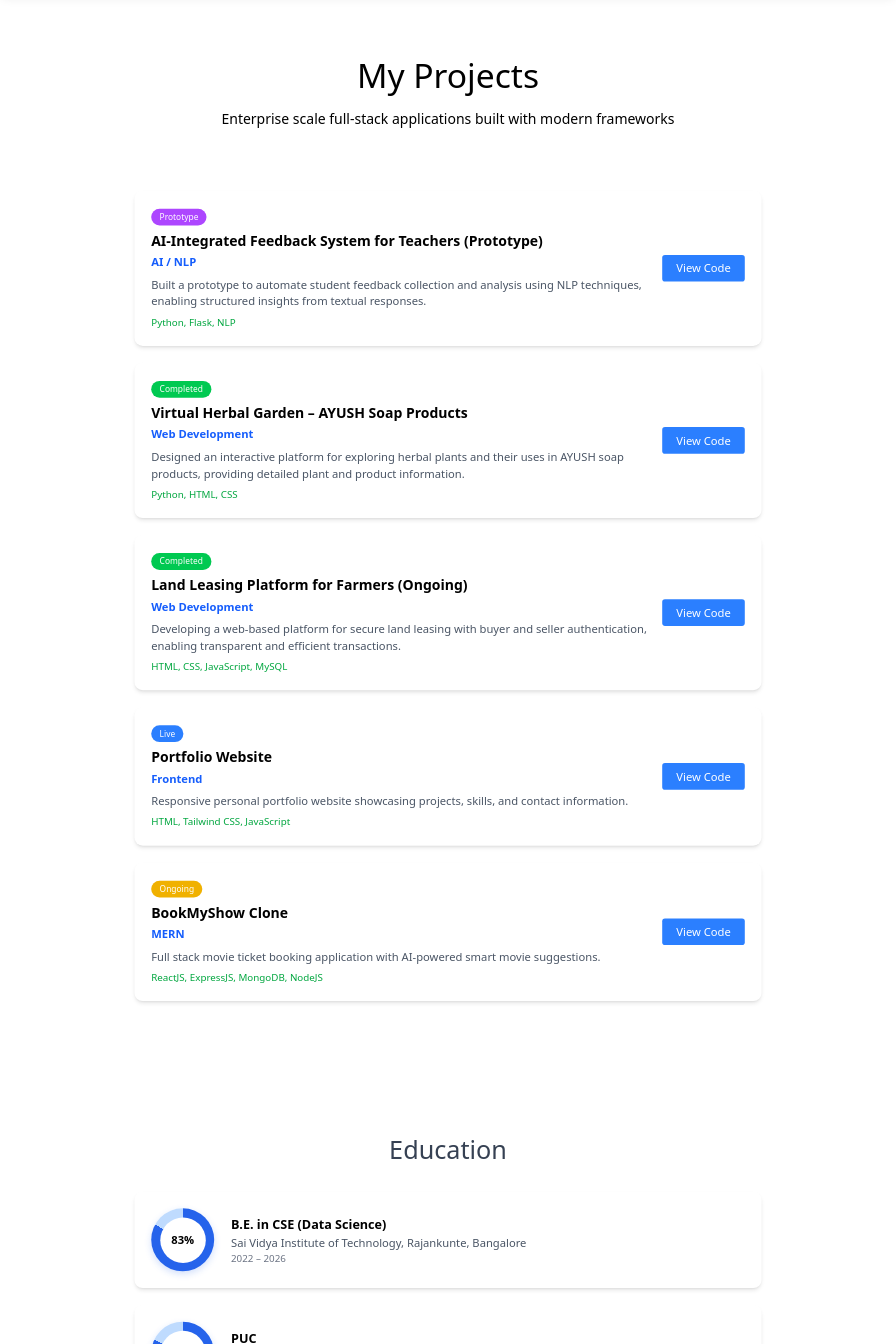
Repository: Rhaashee/myProfile
Page: index.html
An editor plug-in stored every save of this project. The page is shown before and after the next save, followed by the edit.
The browser window is 1280 px wide. The pictures show the part of the page from y = 813 to 2733 px (the page is 3953 px tall before and 3905 px after), at 70% of full size.

Above is the page before, as saved 2026-04-29 17:06:52.
Console error: SyntaxError: Identifier 'projectsData' has already been declared

### index.html
<!-- MERN_Stu_FebMay26Mys\W4\D5\portfolio-project\index.html -->
<!DOCTYPE html>
<html lang="en">

<head>
    <meta charset="UTF-8">
    <meta name="viewport" content="width=device-width, initial-scale=1.0">

    <title>Week 3 & 4 Portfolio Project</title>

    <script src="https://cdn.jsdelivr.net/npm/@tailwindcss/browser@4"></script>

    <link rel="stylesheet" href="css/custom.css">

</head>

<body>
    <!-- HERO SECTION -->

    <section
        class="min-h-screen flex flex-col lg:flex-row lg:items-center lg:justify-between px-8 lg:px-16 py-20 gap-12 lg:gap-20">

        <div class="order-2 lg:order-1 flex-1 lg:max-w-lg text-center lg:text-left">

            <h1 class="text-5xl mb-6 font-bold" style="font-family: 'Poppins', sans-serif;">Rhaashee L</h1>

            <p class="text-xl lg:text-2xl text-slate-600 font-bold mb-10 max-w-md mx-auto lg:mx-0">
                Full-Stack developer | MERN enthusiast | Competitive Programmer
            </p>

            <div
                class="flex flex-col sm:flex-row gap-4 justify-center lg:justify-start items-center lg:items-start mb-8">

                <a href="#projects" class="bg-red-400 hover:bg-green-500 px-10 py-4 rounded shadow-xl">
                    View Projects
                </a>

                <a href="#resume" class="bg-blue-400 hover:bg-green-500 px-10 py-4 rounded shadow-xl">
                    Download Resume
                </a>

            </div>

            <div class="flex flex-wrap gap-6 justify-center lg:justify-start text-sm font-bold">

                <span>100+ Github commits</span>
                <span>50 LeetCode Questions Solved</span>
                <span>1 live projects completed</span>

            </div>

        </div>

        <div class="order-1 lg:order-2 w-full lg:w-96 max-w-sm mx-auto lg:mx-0">

            <img src="assets/images/img.jpg" alt="My photo"
                class="aspect-square w-full rounded shadow-lg mx-auto lg:mx-0 hover:ring-blue-500 transition-all duration-300 hover:scale-[1.02]"
                loading="lazy">

        </div>

    </section>

    <!-- NAVBAR -->

    <nav class="sticky top-0 z-50 bg-white/95 backdrop-blur-md border-b shadow-lg">

        <div class="max-w-7xl mx-auto px-6 py-4 flex items-center justify-between">

            <a href="#"
                class="text-2xl font-bold bg-clip-text bg-gradient-to-r from-red-400 to-slate-700 text-transparent">
                RL
            </a>

            <ul class="hidden md:flex items-center gap-10">

                <li><a href="#projects" class="text-lg font-bold hover:text-blue-600">Projects</a></li>

                <li><a href="#education" class="text-lg font-bold hover:text-blue-600">Education</a></li>

                <li><a href="#skills" class="text-lg font-bold hover:text-blue-600">Skills</a></li>

            </ul>
            <button id="theme-toggle" class="bg-blue-200 px-4 py-2 rounded font-bold">Theme</button>
            <a href="#contact" class="bg-red-400 hover:bg-green-500 rounded transition-all duration-300 px-8 py-3">
                Let's talk
            </a>

        </div>

    </nav>

    <!-- PROJECTS -->

    <section id="projects" class="py-24 px-8 lg:px-16">

        <div class="max-w-7xl mx-auto">

            <div class="text-center mb-10">

                <h2 class="text-4xl lg:text-5xl mb-6">My Projects</h2>

                <p class="text-xl max-w-2xl mx-auto">
                    Enterprise scale full-stack applications built with modern frameworks
                </p>

            </div>

            <!-- Project Filter Bar -->

            <div id="project-filters" class="flex flex-wrap justify-center gap-4 mb-12"></div>

            <div id="projects-container" class="max-w-4xl mx-auto space-y-6"></div>

            <!-- Dynamic container for projects -->

            <div id="projects-container" class="grid grid-cols-1 md:grid-cols-2 lg:grid-cols-3 gap-8">
            </div>

        </div>

    </section>

    <!--Education and experience-->
    <section id="experience" class="py-24 px-8 lg:px-16">

        <div class="max-w-4xl mx-auto">

            <h2 class="text-4xl text-gray-700 text-center mb-10">
                Education
            </h2>

            <!-- Dynamic Education -->
            <div id="education-container"></div>

        </div>

    </section>

    </section>

    <!-- SKILLS -->

    <section id="skills" class="py-24 px-8 lg:px-16 bg-blue-100">

        <div class="max-w-7xl mx-auto">

            <h2 class="text-4xl text-center font-bold mb-20">
                Skills
            </h2>

            <!-- Dynamic Skills Container -->

            <div id="skills-container" class="grid grid-cols-1 md:grid-cols-2 lg:grid-cols-4 gap-8">
            </div>

        </div>

    </section>

    <!-- CONTACT MODAL -->

    <button id="modal-trigger"
        class="fixed bottom-8 right-8 w-16 h-16 bg-blue-900 text-white rounded-full shadow-2xl flex items-center justify-center text-2xl font-bold">
        ☏
    </button>

    <div id="contact-modal" class="fixed inset-0 z-50 hidden bg-black/50 backdrop-blur-md">

        <div class="flex items-center justify-center min-h-screen p-4">

            <div id="modal-content"
                class="bg-white w-full max-w-md rounded-2xl shadow-2xl scale-95 opacity-0 transition-all duration-300">

                <div class="sticky top-0 border-b p-8 pt-12 bg-white">

                    <h3 class="text-2xl font-bold">Contact Me</h3>

                    <button id="modal-close" class="absolute top-6 right-6 text-2xl font-bold">
                        ×
                    </button>

                </div>

                <form id="contact-form" class="p-8 space-y-4">

                    <input id="contact-name" type="text" placeholder="Your name"
                        class="w-full border rounded px-4 py-3">

                    <input id="contact-email" type="email" placeholder="email@website.com"
                        class="w-full border rounded px-4 py-3">

                    <p id="form-message" class="text-sm text-red-500"></p>

                    <div class="flex flex-col sm:flex-row gap-4 pt-4">

                        <button type="button" id="form-cancel" class="flex-1 font-bold py-4 px-6">
                            Cancel
                        </button>

                        <button type="submit" class="flex-1 font-bold py-4 px-6">
                            Submit
                        </button>

                    </div>

                </form>

            </div>

        </div>

    </div>

    <!-- SWIPE TO HOME BUTTON -->

    <button id="home-swiper"
        class="fixed bottom-8 left-8 bg-pink-200 text-white px-5 py-3 rounded-full shadow-xl hover:bg-blue-600 transition">
        Back to Home
    </button>
    <!-- MAIN JS ENTRY-->

    <script src="js/data/projects.js"></script>
    <script src="js/data/skills.js"></script>
    <script src="js/features/skills-render.js"></script>
    <script src="js/features/modal.js"></script>
    <script src="js/features/contact-validation.js"></script>
    <script src="js/features/theme-toggle.js"></script>
    <script src="js/data/projects.js"></script>
    <script src="js/features/project-filter.js"></script>
    <script src="js/features/project-search.js"></script>
    <script src="js/main.js"></script>
    <script src="js/features/BackToTop.js"></script>
    <script src="js/data/education.js"></script>
    <script src="js/features/education-render.js"></script>



</body>

</html>

### css/custom.css
.dark-mode{
    background-color: black;
    color: white;
}
.dark-mode nav{
    background-color: rgb(178, 173, 173);
    color: white;
}
.dark-mode section{
    background-color: rgb(0, 0, 0);
    color: white;
}
.dark-mode .bg-blue-100{
    background-color: rgb(235, 236, 240);
    color: rgb(153, 145, 145);
}
.dark-mode .bg-white{
    background-color: rgb(0, 0, 0);
}
.dark-mode .text-gray-700{
    color: white;
}
.line-clamp-2 {
  display: -webkit-box;
  -webkit-line-clamp: 2;
  -webkit-box-orient: vertical;
  overflow: hidden;
}
.progress-circle {
  width: 90px;
  height: 90px;
  border-radius: 50%;
  display: flex;
  align-items: center;
  justify-content: center;
  box-shadow: 0 4px 10px rgba(37, 99, 235, 0.2);
}

.inner-circle {
  width: 65px;
  height: 65px;
  background: white;
  border-radius: 50%;
  display: flex;
  align-items: center;
  justify-content: center;
  font-weight: bold;
}

.dark .inner-circle {
  background: #eff6ff;
}

### js/data/projects.js
const projectsData = [
  {
    id: 1,
    name: "AI-Integrated Feedback System for Teachers (Prototype)",
    category: "AI / NLP",
    description:
      "Built a prototype to automate student feedback collection and analysis using NLP techniques, enabling structured insights from textual responses.",
    technologies: ["Python", "Flask", "NLP"],
    status: "Prototype",
    liveDemo: "#",
    github: "#"
  },{
    id: 2,
    name: "Virtual Herbal Garden – AYUSH Soap Products",
    category: "Web Development",
    description:
      "Designed an interactive platform for exploring herbal plants and their uses in AYUSH soap products, providing detailed plant and product information.",
    technologies: ["Python", "HTML", "CSS"],
    status: "Completed",
    liveDemo: "#",
    github: "#"
  },
  {
    id: 3,
    name: "Land Leasing Platform for Farmers (Ongoing)",
    category: "Web Development",
    description:
      "Developing a web-based platform for secure land leasing with buyer and seller authentication, enabling transparent and efficient transactions.",
    technologies: ["HTML", "CSS", "JavaScript", "MySQL"],
    status: "Completed",
    liveDemo: "#",
    github: "#"
  },
  {
    id: 4,
    name: "Portfolio Website",
    category: "Frontend",
    description:
      "Responsive personal portfolio website showcasing projects, skills, and contact information.",
    technologies: ["HTML", "Tailwind CSS", "JavaScript"],
    status: "Live",
    liveDemo: "#",
    github: "#"
  },
  {
    id: 6,
    name: "BookMyShow Clone",
    category: "MERN",
    description:
      "Full stack movie ticket booking application with AI-powered smart movie suggestions.",
    technologies: ["ReactJS", "ExpressJS", "MongoDB", "NodeJS"],
    status: "Ongoing",
    liveDemo: "#",
    github: "#"
  }

];

### js/data/skills.js

const skillsData = [
  {
    id: 1,
    name: "MongoDB",
    shortLabel: "MDB",
    description: "NoSQL database for handling unstructured data and scalable applications."
  },
  {
    id: 2,
    name: "ExpressJS",
    shortLabel: "Exp",
    description: "Backend framework for building REST APIs and server-side applications."
  },
  {
    id: 3,
    name: "ReactJS",
    shortLabel: "R",
    description: "Component-based UI development with hooks and state management."
  },
  {
    id: 4,
    name: "NodeJS",
    shortLabel: "Node",
    description: "JavaScript runtime for building scalable backend services."
  },
  {
    id: 5,
    name: "Power BI",
    shortLabel: "BI",
    description: "Interactive dashboards and data visualization for business insights."
  },
  {
    id: 6,
    name: "Tableau",
    shortLabel: "Tb",
    description: "Data visualization and storytelling through charts and dashboards."
  },

];

### js/features/skills-render.js
function renderSkills(){
    const skillsContainer = document.getElementById("skills-container");

    if(!skillsContainer){
        console.log("Skills Contianer not found");
        return;
    }
    skillsContainer.innerHTML = "";
    skillsData.forEach(function(skill){
        // to create outer card
        const card = document.createElement("div");
        card.className = "p-8 text-center bg-white rounded-3xl shadow-lg";

        // create icon
        const iconBox = document.createElement("div");
        iconBox.className = "w-20 h-20 mx-auto mb-4 bg-green-900 rounded-2xl flex item-center justify-center";

        // create icon
        const iconText = document.createElement("span");
        iconText.className = "text-2xl text-white font-bold"
        iconText.textContent = skill.shortLabel;

        // Put iconText inside iconBox
        iconBox.appendChild(iconText);

        // create a skill name
        const skillsName = document.createElement("h3");
        skillsName.className = "text-xl font-bold mb-2";
        skillsName.textContent = skill.name;

        // create skill description
        const skillDescription = document.createElement("p");
        skillDescription.className = "text-sm";
        skillDescription.textContent = skill.description;

        // append all child elements to card
        card.appendChild(iconBox);
        card.appendChild(skillsName);
        card.appendChild(skillDescription);

        // append card to skills container
        skillsContainer.appendChild(card);
    });
    console.log("Skills rendered successfully");
}

### js/features/modal.js
function initModal(){
    const modal = document.getElementById("contact-modal");
    const modalContent = document.getElementById("modal-content");
    const modalTrigger = document.getElementById("modal-trigger");
    const modalClose = document.getElementById("modal-close");
    const formCancel = document.getElementById("form-cancel");

    if(!modal || !modalContent || !modalTrigger || !modalClose || !formCancel){
        console.log("Modal element not found");
        return;
    }
    function openModal(){
        modal.classList.remove("hidden");

        setTimeout(function(){
            modalContent.classList.remove("scale-95","opacity-0");
        },10);
    }
    function closeModal(){
        modalContent.classList.add("scale-95","opacity-0");
        setTimeout(function(){
            modal.classList.add("hidden");
        },200);
    }
    modalTrigger.addEventListener("click",openModal);
    modalClose.addEventListener("click",closeModal);
    formCancel.addEventListener("click",closeModal);

    //close when clicking on backdrop
    modal.addEventListener("click",function(event){
        if(event.target === modal){
            closeModal();
        }
    });
    console.log("Modal opened successfully");
}

### js/features/contact-validation.js
function initContactValidation(){
    const contactModal = document.getElementById("contact-modal");
    const contactForm = document.getElementById("contact-form");
    const contactName = document.getElementById("contact-name");
    const contactEmail = document.getElementById("contact-email");
    const formMessage = document.getElementById("form-message");

    if(!contactModal || !contactForm || !contactName || !contactEmail || !formMessage){
        console.log("Contact form elements not found");
        return;
    }

    contactForm.addEventListener("submit",function(event){
        event.preventDefault();

        const name = contactName.value.trim();
        const email = contactEmail.value.trim();

        formMessage.textContent = "";
        formMessage.className = "text-sm";

        // Name validation
        if(name === ""){
            formMessage.textContent = "Name is required";
            formMessage.classList.add("text-red-500");
            contactName.focus();
            return;
        }
        if(name.length < 5){
            formMessage.textContent = "Name must be atleast 5 chars"
            formMessage.classList.add("text-red-500");
            contactName.focus();
            return;
        }
        // Email Validation
        if(email === ""){
            formMessage.textContent = "Email is required";
            formMessage.classList.add("text-red-500");
            contactEmail.focus();
            return;
        }
        const emailPattern = /^[^\s@]+@[^\s@]+\.[^\s@]+$/;

        if(!emailPattern.test(email)){
            formMessage.textContent = "Enter valid email";
            formMessage.classList.add("text-red-500");
            contactEmail.focus();
            return;
        }

        formMessage.textContent = "Meassage Submitted Sucessfully";
        formMessage.classList.add("text-green-600");
        console.log("Valid credentials : ",{name:name,email:email});
        contactForm.reset();
    });
    contactName.addEventListener("input",function(){
        formMessage.textContent = "";
    });
    contactEmail.addEventListener("input",function(){
        formMessage.textContent = "";
    });
}

### js/features/theme-toggle.js
function initThemeToggle(){
    const toggleBtn = document.getElementById("theme-toggle");
    const body = document.body;

    const savedTheme = localStorage.getItem("portfolio-theme");

    if(savedTheme === "dark"){
        body.classList.add("dark-mode");
    }
    toggleBtn.addEventListener("click",function(){
        body.classList.toggle("dark-mode");
        if(body.classList.contains("dark-mode")){
            localStorage.setItem("portfolio-theme","dark");
            console.log("Dark mode enanbled");
        }else{
            localStorage.setItem("portfolio-theme","light");
            console.log("Light mode enanbled");
        }
    });
}

### js/features/project-search.js
document.addEventListener("DOMContentLoaded", () => {

    const dropdown = document.getElementById("project-filter-dropdown");
    const container = document.getElementById("projects-container");

    // Initially hide projects
    container.innerHTML = "";

    dropdown.addEventListener("change", () => {

        const selected = dropdown.value;

        // if nothing selected → hide again
        if (!selected) {
            container.innerHTML = "";
            return;
        }

        // filter projects
        const filtered = projectsData.filter(
            (p) => p.category === selected
        );

        renderProjects(filtered);
    });

});

### js/main.js
document.addEventListener("DOMContentLoaded", function () {
    // Render Skills
    renderSkills();
    initModal();
    initContactValidation();
    initThemeToggle();
})
document.addEventListener("DOMContentLoaded", () => {
    renderEducation();
});
document.addEventListener("DOMContentLoaded", () => {
    renderProjects(projectsData);
});

### js/features/BackToTop.js
const swiperButton = document.getElementById("home-swiper");

// safety check (important)
if (swiperButton) {

    // hide initially
    swiperButton.style.display = "none";

    // scroll to top
    swiperButton.addEventListener("click", function () {
        window.scrollTo({
            top: 0,
            behavior: "smooth"
        });
    });

    // show on scroll
    window.addEventListener("scroll", function () {
        if (window.scrollY > 300) {
            swiperButton.style.display = "block";
        } else {
            swiperButton.style.display = "none";
        }
    });

}

### js/data/education.js
const educationData = [
    {
        id: 1,
        title: "B.E. in CSE (Data Science)",
        institution: "Sai Vidya Institute of Technology, Rajankunte, Bangalore",
        percentage: 83,
        duration: "2022 – 2026"
    },
    {
        id: 2,
        title: "PUC",
        institution: "Deeksha PU College, Thalaghattapura ,Banglore,",
        percentage: 82,
        duration: "2022"
    },
    {
        id: 3,
        title: "Schooling",
        institution: "Nitte International School, Mylapanahhali ,Yelehanka ,Banaglore",
        percentage: 69,
        duration: "2020"
    }
];

### js/features/education-render.js
function renderEducation() {
    const container = document.getElementById("education-container");

    if (!container) return;

    container.innerHTML = "";

    educationData.forEach((edu) => {

        // CARD
        const card = document.createElement("div");
        card.className =
            "flex items-center gap-6 bg-white dark:bg-blue-50 p-6 mb-6 rounded-xl shadow-md hover:shadow-lg transition";

        //  DONUT CIRCLE
        const circle = document.createElement("div");
        circle.className = "progress-circle";

        const value = edu.percentage;

        // BLUE DONUT
        circle.style.background =
            `conic-gradient(#2563eb ${value}%, #bfdbfe ${value}%)`;

        const inner = document.createElement("div");
        inner.className = "inner-circle";
        inner.textContent = value + "%";

        circle.appendChild(inner);

        // TEXT displaying name of school and college
        const textBox = document.createElement("div");

        const title = document.createElement("h3");
        title.className = "text-lg font-bold";
        title.textContent = edu.title;

        const inst = document.createElement("p");
        inst.className = "text-gray-600";
        inst.textContent = edu.institution;

        const duration = document.createElement("p");
        duration.className = "text-sm text-gray-500";
        duration.textContent = edu.duration;

        textBox.append(title, inst, duration);

        // FINAL
        card.append(circle, textBox);
        container.appendChild(card);
    });
}

Loaded but not shown: js/features/project-filter.js (71 lines, source omitted)

After the next save:
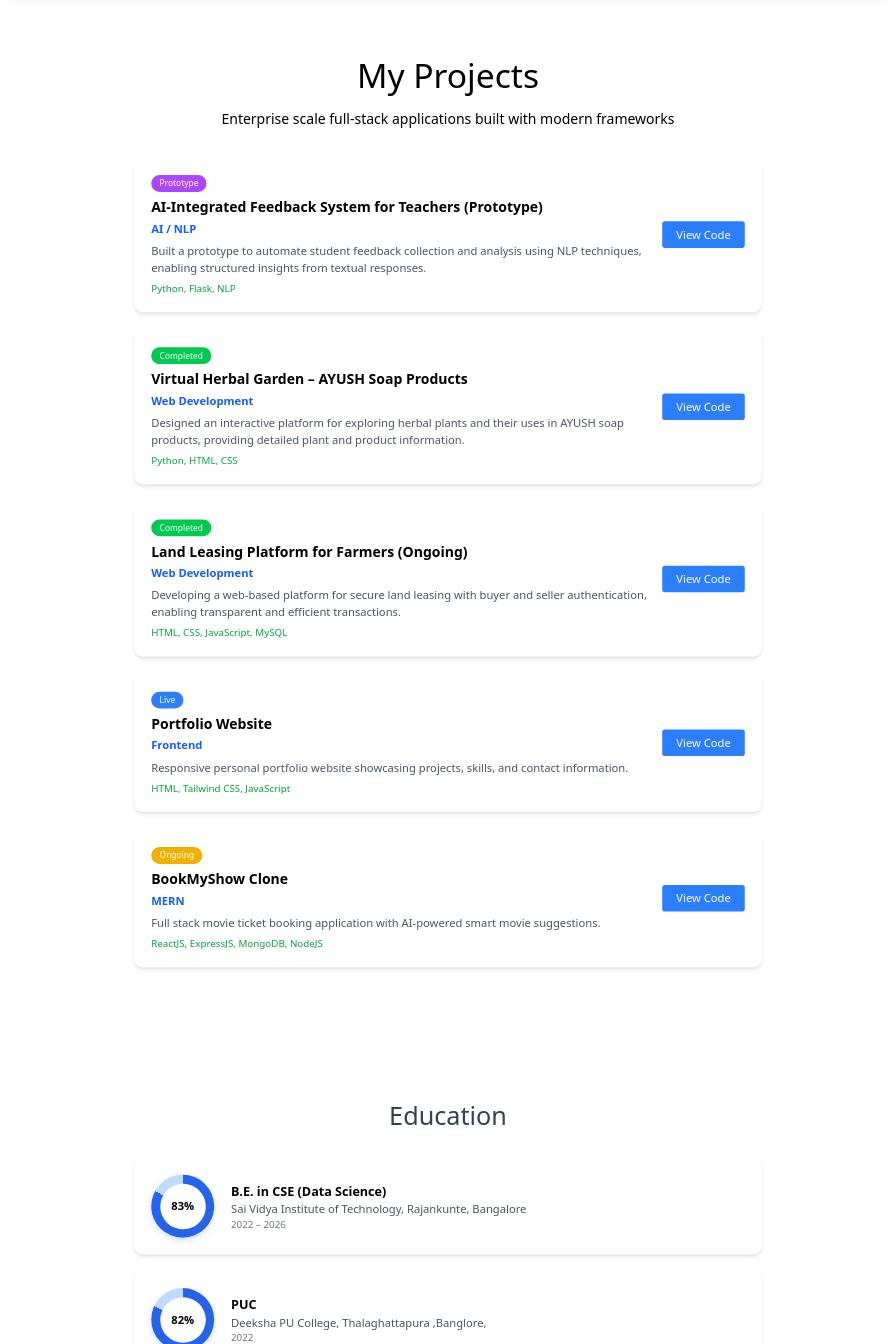
Saved 84 s later.
--- a/index.html
+++ b/index.html
@@ -107,8 +107,6 @@
             </div>
 
             <!-- Project Filter Bar -->
-
-            <div id="project-filters" class="flex flex-wrap justify-center gap-4 mb-12"></div>
 
             <div id="projects-container" class="max-w-4xl mx-auto space-y-6"></div>
 
